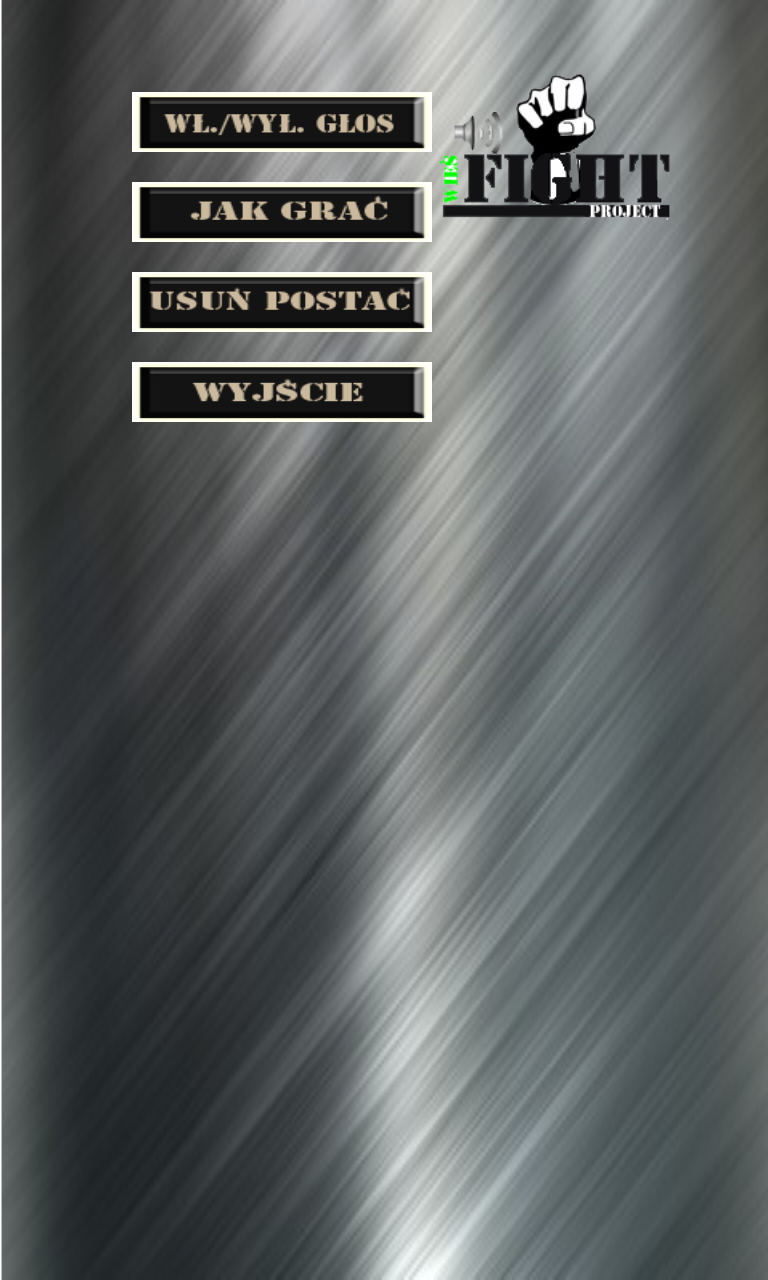
Repository: KrzysztofWolinski/WiesFight_Project
Layout: WiesFight/res/layout/activity_settings.xml
These files come from the project's save history. The layout is drawn as it stood at one moment and after the next save; the edit follows.
It is drawn on a 768 x 1280 px phone screen (xhdpi) without system bars, with theme AppTheme; the app's code is not run.

Above is the layout before, as saved 2014-11-12 19:09:52.

### WiesFight/res/layout/activity_settings.xml
<RelativeLayout xmlns:android="http://schemas.android.com/apk/res/android"
    xmlns:tools="http://schemas.android.com/tools"
    android:layout_width="match_parent"
    android:layout_height="match_parent"
    android:background="@drawable/bg"
    android:paddingBottom="@dimen/activity_vertical_margin"
    android:paddingLeft="@dimen/activity_horizontal_margin"
    android:paddingRight="@dimen/activity_horizontal_margin"
    android:paddingTop="@dimen/activity_vertical_margin"
    tools:context="${relativePackage}.${activityClass}" >

    <ImageView
        android:id="@+id/imgLogo"
        android:layout_width="wrap_content"
        android:layout_height="wrap_content"
        android:layout_alignParentRight="true"
        android:layout_alignParentTop="true"
        android:layout_marginTop="20dp"
        android:layout_marginRight="30dp"
        android:src="@drawable/logo"
        android:contentDescription="@string/logo" />

    <Button
        android:id="@+id/btnSound"
        android:layout_width="150dp"
        android:layout_height="30dp"
        android:layout_below="@+id/imgLogo"
        android:layout_alignParentLeft="true"
        android:layout_alignParentTop="true"
        android:layout_marginTop="30dp"
        android:layout_marginLeft="50dp"
        android:onClick="switchSound"
        android:background="@drawable/glos" />

    <Button
        android:id="@+id/btnHowToPlay"
        android:layout_width="150dp"
        android:layout_height="30dp"
        android:layout_alignLeft="@+id/btnSound"
        android:layout_below="@+id/btnSound"
        android:layout_marginTop="15dp"
        android:onClick="showHowToPlay"
        android:background="@drawable/jakgrac" />

    <Button
        android:id="@+id/btnDeleteCharacter"
        android:layout_width="150dp"
        android:layout_height="30dp"
        android:layout_alignLeft="@+id/btnHowToPlay"
        android:layout_below="@+id/btnHowToPlay"
        android:layout_marginTop="15dp"
        android:onClick="deleteCharacter"
        android:background="@drawable/usunpostac" />

    <Button
        android:id="@+id/btnExit"
        android:layout_width="150dp"
        android:layout_height="30dp"
        android:layout_alignRight="@+id/btnDeleteCharacter"
        android:layout_below="@+id/btnDeleteCharacter"
        android:layout_marginTop="15dp"
        android:onClick="leaveGame"
        android:background="@drawable/wyjscie" />

    <ImageView
        android:id="@+id/imgSound"
        android:layout_width="wrap_content"
        android:layout_height="wrap_content"
        android:layout_alignTop="@+id/btnSound"
        android:layout_toRightOf="@+id/btnSound"
        android:layout_marginTop="10dp"
        android:layout_marginLeft="10dp"
        android:src="@drawable/wl"
        android:contentDescription="@string/desc" />

</RelativeLayout>

### WiesFight/res/values/strings.xml
<?xml version="1.0" encoding="utf-8"?>
<resources xmlns:android="http://schemas.android.com/apk/res/android">

    <string name="app_name">WiesFight</string>
    <string name="hello_world">Hello world!</string>
    <string name="action_settings">Settings</string>
    <string name="title_activity_posts">PostsActivity</string>
    <string name="title_activity_login">LoginActivity</string>
    <string name="logo">logo</string>
    <string name="wybierz">wybierz</string>
    <string name="walka">walka</string>
    <string name="sklep">sklep</string>
    <string name="ustawienia">ustawienia</string>
    <string name="title_activity_fight">FightActivity</string>
    <string name="title_activity_shop">ShopActivity</string>
    <string name="title_activity_settings">SettingsActivity</string>
    <string name="nickHint">Podaj nick</string>
    <string name="avatar">avatar</string>
    <string name="lewy">lewy</string>
    <string name="prawy">prawy</string>
    <string name="ramka">ramka</string>
    <string name="desc">obrazek</string>
    <string name="yes">Tak</string>
    <string name="no">Nie</string>
    <string name="ok">OK</string>
    <string name="instruction">tutaj instrukcja jak grać</string>
    <string name="noInternetConnection">Połącz się z internetem i spróbuj ponownie.</string>
    <string name="confirmExit">Czy na pewno chcesz wyjść z gry?</string>
    <string name="confirmDelete">Czy na pewno chcesz usunąć postać?</string>
    <string name="title_activity_start">StartActivity</string>

</resources>

Loaded but not shown: WiesFight/res/values/styles.xml (common file); WiesFight/res/values-v11/styles.xml (common file); WiesFight/res/values-v14/styles.xml (common file); WiesFight/res/values/dimens.xml (common file); WiesFight/res/values-w820dp/dimens.xml (common file)

After the next save:
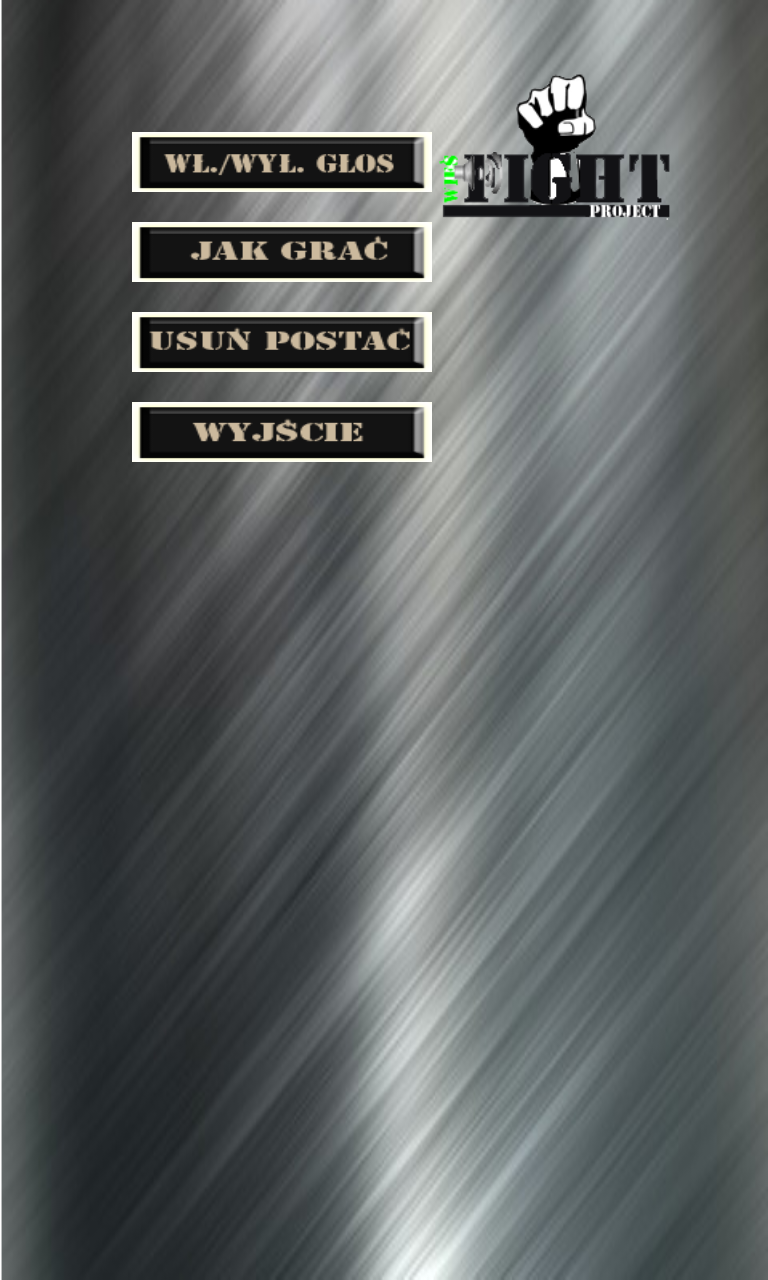
Saved 7 s later.
--- a/WiesFight/res/layout/activity_settings.xml
+++ b/WiesFight/res/layout/activity_settings.xml
@@ -27,7 +27,7 @@
         android:layout_below="@+id/imgLogo"
         android:layout_alignParentLeft="true"
         android:layout_alignParentTop="true"
-        android:layout_marginTop="30dp"
+        android:layout_marginTop="50dp"
         android:layout_marginLeft="50dp"
         android:onClick="switchSound"
         android:background="@drawable/glos" />
